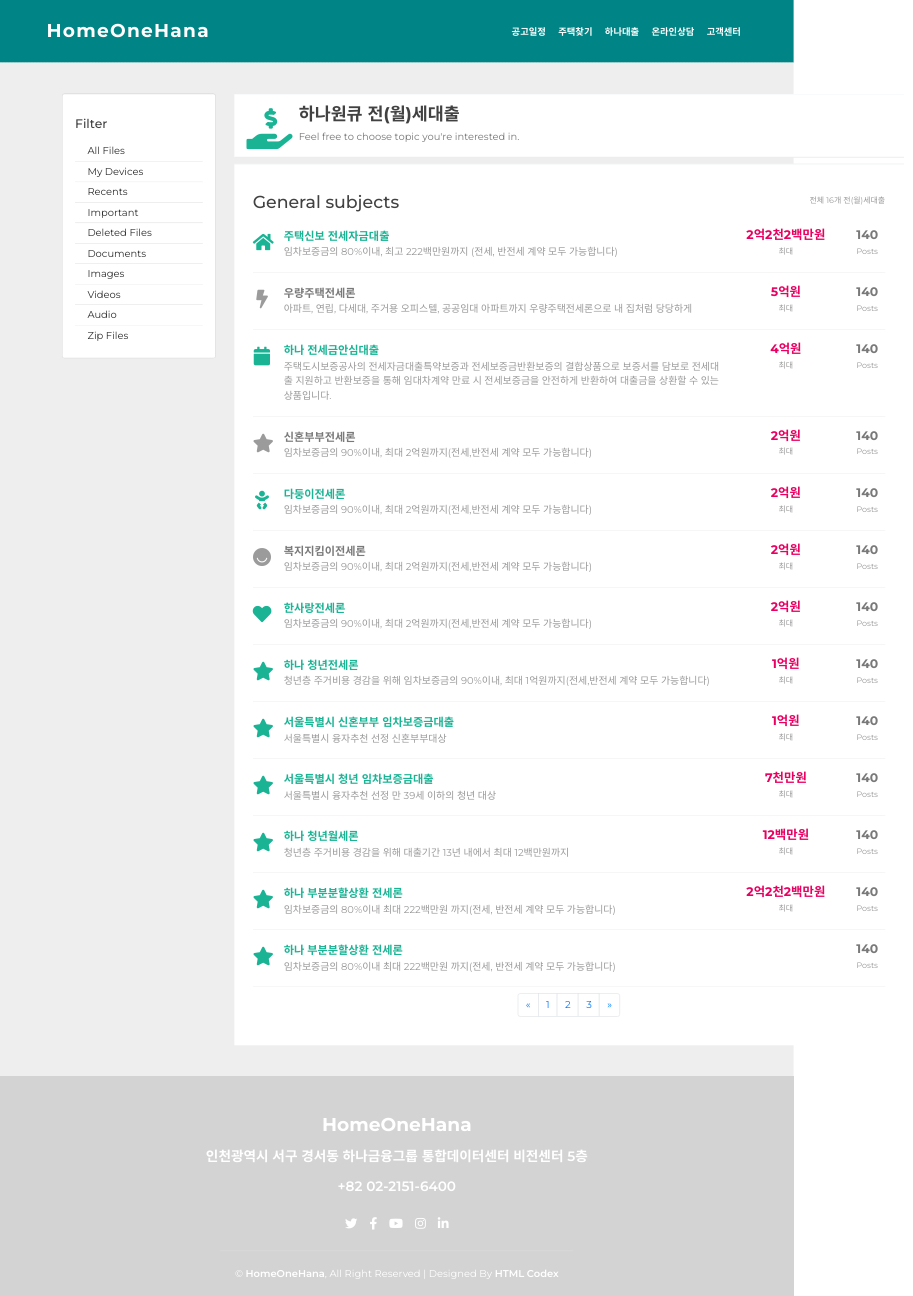
Repository: koposoftware/2021_10_syyoon
Page: http://localhost/HomeOneHana/WEB-INF/jsp/loan/loan.jsp
An editor plug-in stored every save of this project. The page is shown before and after the next save, followed by the edit.
The browser window is 1280 px wide. The page is 1473 px wide, so the pictures cover 1473 px, including what lies to the right of the window. The pictures show the whole page, at 62% of full size.
Some icons come from a web library that is not loaded, so they are not drawn. Some web libraries are served in a nearby version. The page is served by Tomcat 9. Nobody is signed in. The template is opened directly, without the code that normally fills it, so the values that code supplies are empty.

Above is the page before, as saved 2021-09-14 05:23:37.

After the next save:
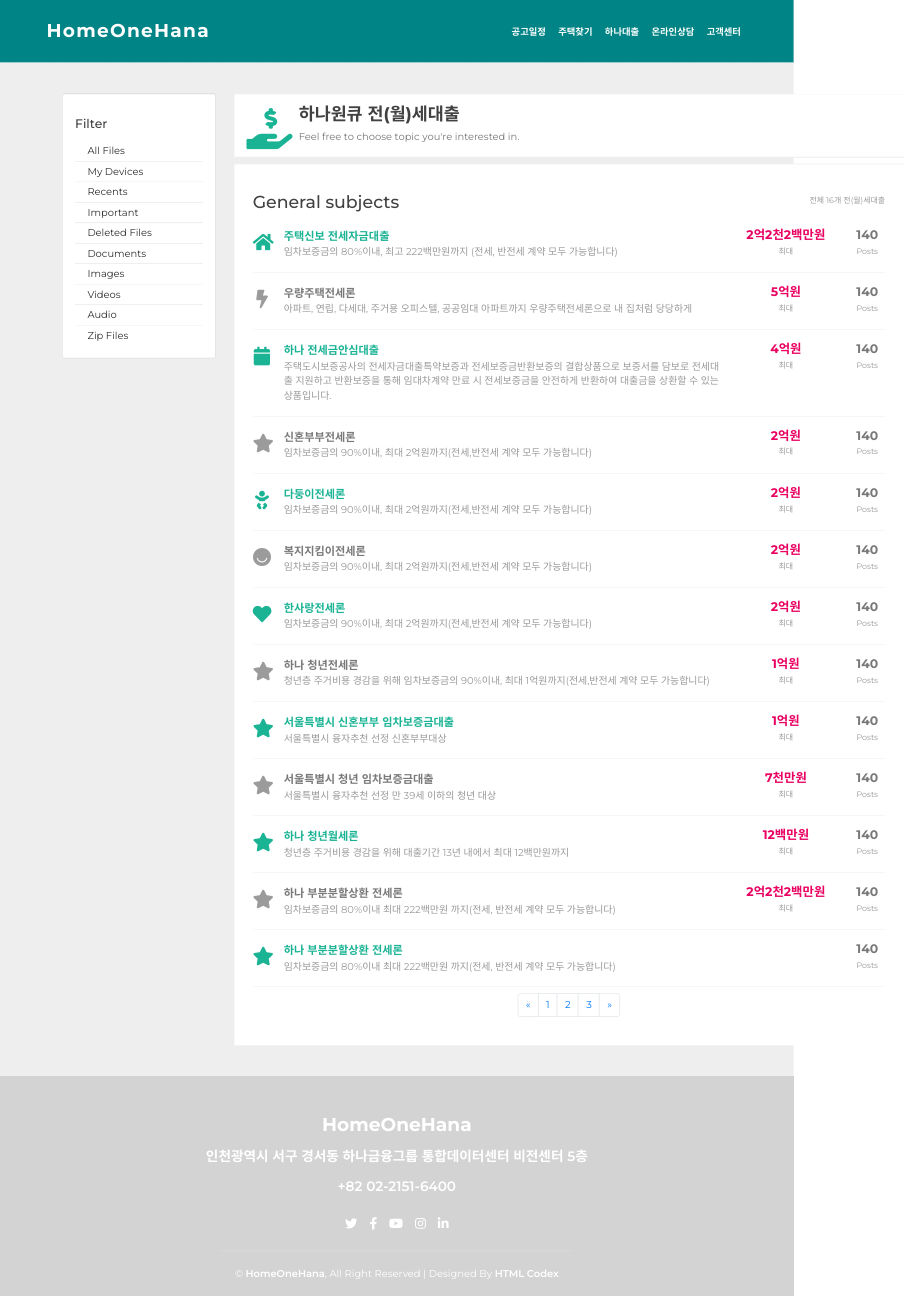
Saved 25 s later.
--- a/project/Spring-mvc/HomeOneHana/src/main/webapp/WEB-INF/jsp/loan/loan.jsp
+++ b/project/Spring-mvc/HomeOneHana/src/main/webapp/WEB-INF/jsp/loan/loan.jsp
@@ -282,7 +282,7 @@
 				            </div>
 
 
-				             <div class="forum-item active">
+				             <div class="forum-item">
 			                    <div class="row">
 			                        <div class="col-md-9">
 			                            <div class="forum-icon">
@@ -342,7 +342,7 @@
 				                </div>
 				            </div>
 
-				            <div class="forum-item active">
+				            <div class="forum-item">
 			                    <div class="row">
 			                        <div class="col-md-9">
 			                            <div class="forum-icon">
@@ -403,7 +403,7 @@
 				                </div>
 				            </div>
 
-				            <div class="forum-item active">
+				            <div class="forum-item">
 			                    <div class="row">
 			                        <div class="col-md-9">
 			                            <div class="forum-icon">
